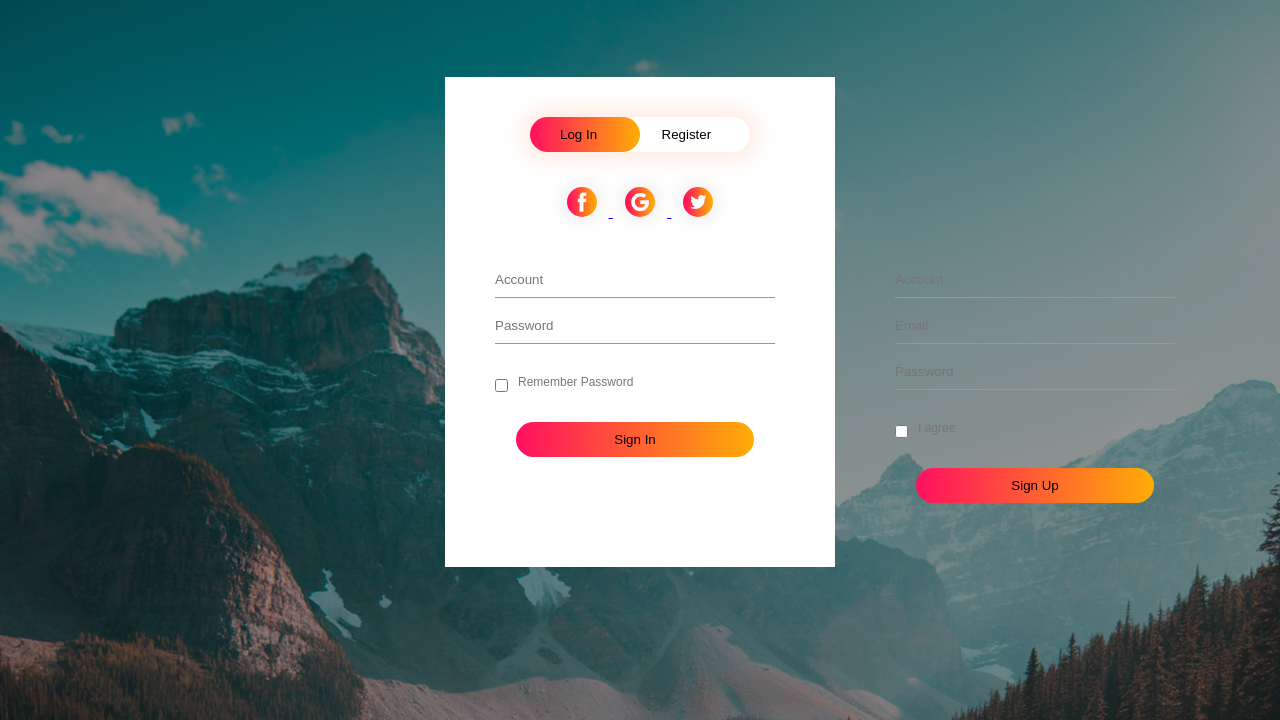
Repository: dung8466/Sign_in_page
Page: index.html
These files come from the project's save history. The page is drawn as it stood at one moment and after the next save; the edit follows.
The browser window is 1280 px wide. The pictures show the whole page.

Above is the page before, as saved 2021-10-06 22:54:12.

After the next save:
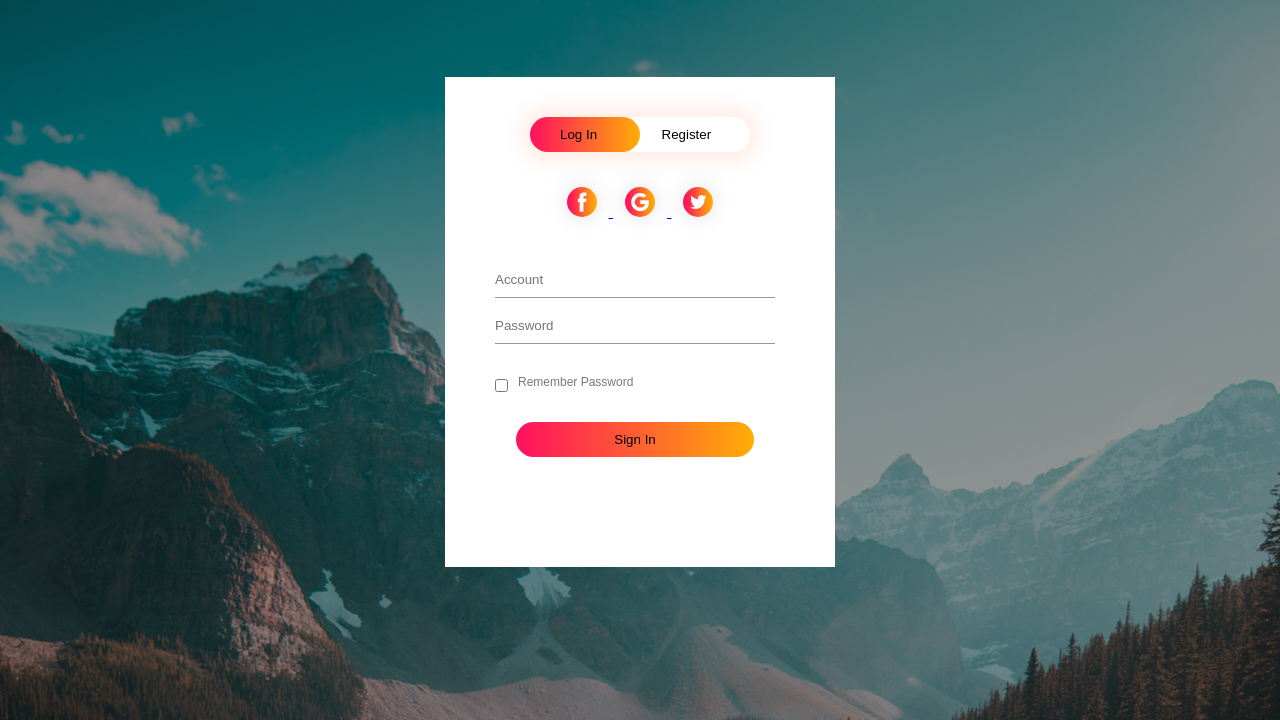
Saved 3 min 32 s later.
--- a/style.css
+++ b/style.css
@@ -20,6 +20,7 @@
     margin: 6% auto;
     background: #fff;
     padding: 5px;
+    overflow: hidden;
 }
 
 .button-box{
